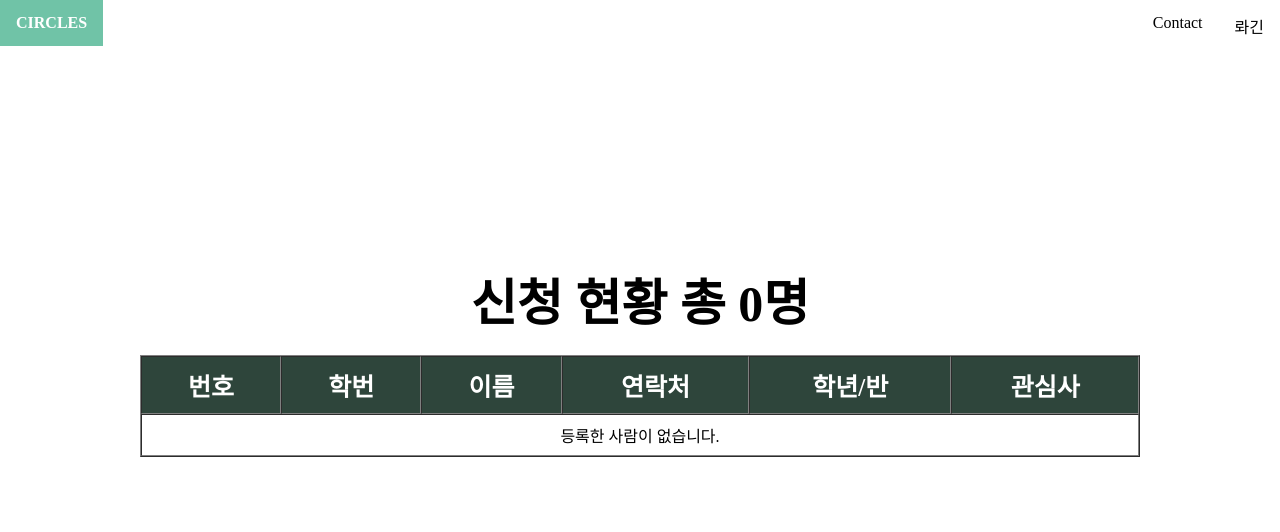
Repository: charmingjae/circles
Page: http://localhost/circles/root/admPg.jsp
These files come from the project's save history. The page is drawn as it stood at one moment and after a run of saves; the edit follows.
The browser window is 1280 px wide. The pictures show the whole page.
The page is served by Tomcat 9. Queries for data that is not in the repository find no rows.

Above is the page before, as saved 2020-07-13 07:57:55.

### circles/WebContent/root/admPg.jsp
<%@ page language="java" contentType="text/html; charset=UTF-8"
    pageEncoding="UTF-8"%>
<%@ page import="connection.dbConnection" %>
<!DOCTYPE html>
<html>
<head>
	<meta charset="UTF-8">
	<title>MOJUK</title>

	<!-- Link admPg.css -->
	<link href="../css/admPg.css" rel="stylesheet" type="text/css">

</head>
<body>
	<!-- include header -->
	<%@include file ="../navbar/navbar.jsp" %>

	<%
		int total = 0;
		dbConnection dbCon = new dbConnection();
		String cnt = "SELECT COUNT(*) FROM newb";
		String sql = "SELECT * FROM newb order by _id desc";
		dbCon.select(cnt);
		while(dbCon.rs.next())
		{
			total = Integer.parseInt(dbCon.rs.getString(1));
		}
		dbCon.select(sql);
	%>
	<!--
	2020. 07. 08.
	writer : minjae

	2020. 07. 09.
	memo : form tag 추가
	writer : minjae
	-->
	<div class="container">
		<span> 신청 현황 </span>
		<span> 총 <%=total %>명 </span>
		<div class="main">
			<table border="1">
				<tr>
					<th>번호</th>
					<th>학번</th>
					<th>이름</th>
					<th>연락처</th>
					<th>학년/반</th>
					<th>관심사</th>
				</tr>
				<%
				if(total == 0){
				%>
					<tr>
						<td colspan="6">등록한 사람이 없습니다.</td>
					</tr>
				<%
				}
				else{

					while(dbCon.rs.next()){
					%>
					<tr>
						<td><%=dbCon.rs.getString("_id") %></td>
						<td><%=dbCon.rs.getString("stuNo") %></td>
						<td><%=dbCon.rs.getString("stuName") %></td>
						<td><%=dbCon.rs.getString("stuPhone") %></td>
						<td><%=dbCon.rs.getString("stuGrade") %> - <%=dbCon.rs.getString("stuClass") %></td>
						<td><%=dbCon.rs.getString("stuInterest") %></td>
					</tr>
					<%
					}
				}
				%>
			</table>

		</div>
	</div>
</body>
</html>

### circles/WebContent/navbar/navbar.jsp
<%@ page language="java" contentType="text/html; charset=UTF-8"
    pageEncoding="UTF-8"%>
<!DOCTYPE html>
<html>
<head>
<meta charset="UTF-8">
<title></title>

	<!-- Link navbar.css -->
	<link href="../css/navbar.css" rel="stylesheet" type="text/css">
</head>
	<%
		String getSession = (String)session.getAttribute("userID");
	%>
<body>
	<ul id="main-menu">
		<li class="headName" id="main-menu1"><a href="../root/index.jsp" class="headName">CIRCLES</a></li>
		<%
			if((getSession != null) && (getSession.isEmpty() == false)){
				%>
				<li style="float:right" id="main-menu2"><a class="active" href="admPg.jsp"><%=getSession %>님 환영합니다.</a>
					<ul id="sub-menu">
						<li><a class="subAct" href="../proc/logout.jsp">로그아웃</a></li>
					</ul>
				</li>
				<%
			}
			else{
				%>
				<li style="float:right"><a class="active" href="login.jsp">롸긴</a></li>
				<%
			}
		%>
		<li style="float:right"><a class="active" href="contact.jsp">Contact</a></li>
	</ul>
</body>
</html>

### circles/src/connection/dbConnection.java
package connection;



public class dbConnection {

	public java.sql.Connection conn;
	public java.sql.PreparedStatement pstmt;
	public java.sql.Statement stmt;
	public java.sql.ResultSet rs;

	/* 생성자 */
	public dbConnection(){
		connect();
	}

	public void connect() {
		String dbInfo = "jdbc:mysql://13.209.103.253:3306/entMojuk?characterEncoding=UTF-8&serverTimezone=UTC";
		String dbID = "gomojuk";
		String dbPW = "Jumpman23!";

		try {
			Class.forName("com.mysql.jdbc.Driver");
			this.conn = java.sql.DriverManager.getConnection(dbInfo, dbID, dbPW);
			this.stmt = this.conn.createStatement();
		}
		catch(Exception e)
		{
			System.out.println("Connection error: " + e);
		}
	}

	/* Insert Method */
	public void insert(String dbInsert) {
		try {
			this.stmt.executeUpdate(dbInsert);
		}
		catch(Exception e)
		{
			e.printStackTrace();
		}
	}


	/* Update Method */
	public void update(String dbCommand) {
		try {
			this.stmt.executeUpdate(dbCommand);
			System.out.println("Insert 성공!");
		}
		catch(Exception e)
		{
			System.out.println("Update error: " + e);
		}
	}

	/* Select Method */
	public void select(String dbSelect) {
		try {
			this.rs = this.stmt.executeQuery(dbSelect);
		}
		catch(Exception e)
		{
			System.out.println("Select error: " + e);
		}
	}

	/* close conn */
	public void close() {
		try {
			conn.close();
		}
		catch(Exception e){
			System.out.println("Close error: " + e);
		}
	}

}

### circles/WebContent/css/admPg.css
@charset "UTF-8";


/* Chrome, iex, fire-fox Settings */
input:-ms-input-placeholder {color:#a8a8a8;}
input::-webkit-input-placeholder{color:#a8a8a8;}
input::-moz-placeholder{columns: #a8a8a8;}

/* Head Comment */
/* 나중에 px단위를 가변 단위로 바꿀 수 있으면 좋겠다. :-) */

html,body{
	height: 100%;
}

body{
	display:table-cell;
	margin: 0 auto;
}

/* .container{
	height: 100%;
	display: table-cell;
	vertical-align: middle;
	text-align:center;
} */

.container{
	position:absolute;
	left:50%;
	top:50%;
	transform: translate(-50%, -50%);
	vertical-align: middle;
	text-align:center;
}


/* 모죽! 관련 css */
.container span{
	font-size: 50px;
	font-weight: bold;
}


/* 학번 입력 div Settings */
div .main{
    height:100%;
    width: 1000px;
    border: 0px solid #70c3a7;
    background: #ffffff;
    margin-top: 20px;
}

input{
	font-size: 16px;
	width: 325px;
	padding: 10px;
	border: 0px;
	outline: none;
	float: left;
}

button{
	width: 50px;
	height: 100%;
	border: 0px;
	background: #ffffff;
	outline: none;
	float: right;
	color: black;
}

button:hover{
	color: #ffffff;
	background: #70c3a7;
}

table{
	width:100%;
	height:100%;
	border-spacing:0px 0px;
}

th{
	padding:10px;
	background:#2e453b;
	color: #ffffff;
	font-size:25px;
}

td{
	padding:5px;
	padding-top:8px;
	padding-bottom:8px;
}

### circles/WebContent/css/navbar.css
@charset "UTF-8";

ul{
	width:100%;
	list-style-type: none;
	margin: 0;
	padding: 0;
	background-color: #ffffff;
	position:fixed;
}

li {
	float:none;
}

a {

  display: inline-block;
  color: black;
  text-align: center;
  padding: 14px 16px;
  text-decoration: none;
}

/* Change the link color to #111 (black) on hover */
a:hover {
  background-color: #70c3a7;
  color:#ffffff;
}

li .headName{
	font-weight: bold;
}

#sub-menu{
	position:absolute;
	opacity: 0;
	visibility: hidden;
}

#main-menu1, #main-menu2{
	float:left;
}

#main-menu2:hover #sub-menu{
	opacity:1;
	visibility:visible;
}
.subAct{
	width:130px !important;
}

After the next 2 saves:
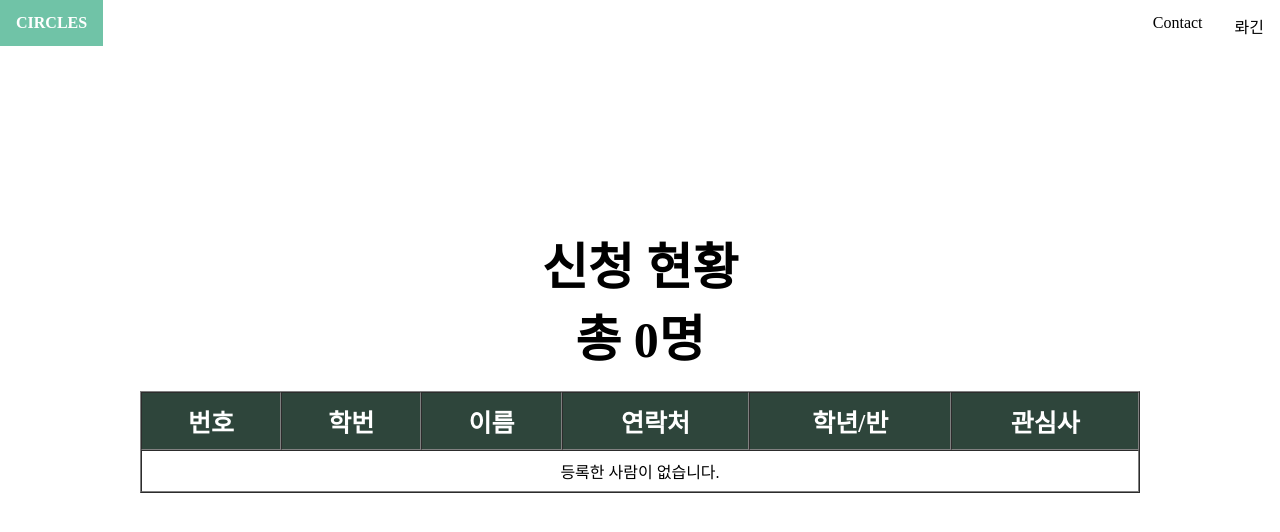
The 2 saves are shown as one change because they came seconds apart.
The last was saved 56 s later.
--- a/circles/WebContent/root/admPg.jsp
+++ b/circles/WebContent/root/admPg.jsp
@@ -36,7 +36,7 @@
 	writer : minjae
 	-->
 	<div class="container">
-		<span> 신청 현황 </span>
+		<span> 신청 현황 </span><br/>
 		<span> 총 <%=total %>명 </span>
 		<div class="main">
 			<table border="1">
